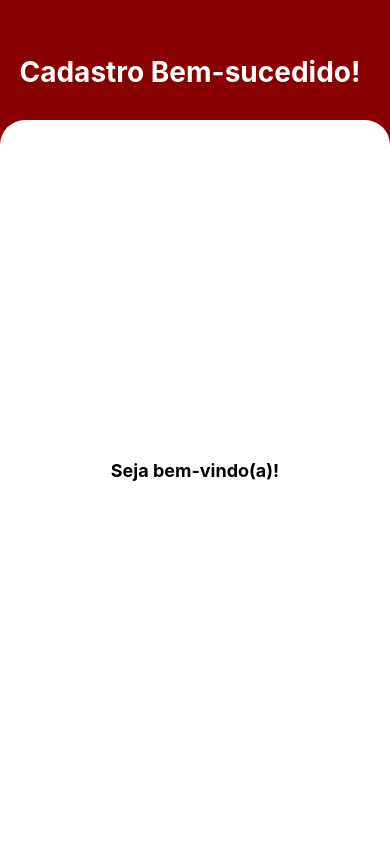
Repository: Matheus904-12/Login-React
Screen: /sucedido (app in SENAI/)
The author's editor kept a copy of each file at every save. The screen is drawn from the files as they stood at one save, then again after a run of saves.
The app was drawn by React Native's web renderer in a window 390 px wide. The project was rebuilt for these pictures with package versions that can differ from the ones it lists, and the page was loaded fresh each time. Some packages were replaced by stand-ins written for this rebuild. Also part of the build but not shown: SENAI/pages/entrada.js, SENAI/pages/cadastro.js.

Above is the screen before, as saved 2024-04-29 19:39:08.

After the next 4 saves:
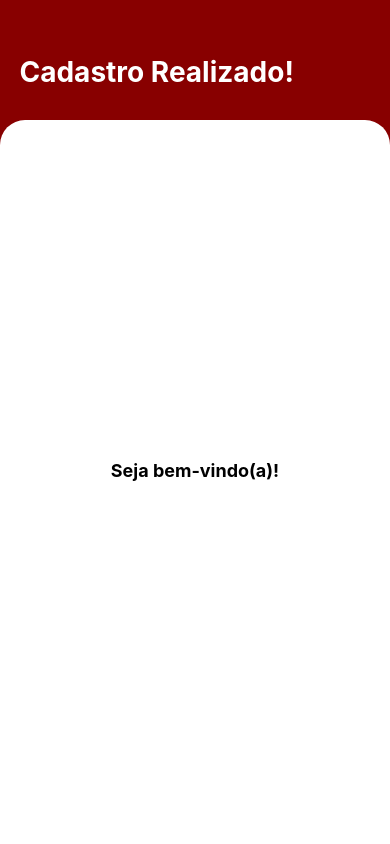
The 4 saves are shown as one change because they came seconds apart.
The last was saved 18 s later.
--- a/SENAI/pages/sucedido.js
+++ b/SENAI/pages/sucedido.js
@@ -8,7 +8,7 @@
         <View style={styles.container}>
 
             <Animatable.View animation="fadeInLeft" delay={500} style={styles.containerHeader}>
-                <Text style={styles.message}>Cadastro Bem-sucedido!</Text>
+                <Text style={styles.message}>Cadastro Realizado!</Text>
             </Animatable.View>
 
             <Animatable.View animation="fadeInUp" style={styles.containerForm}>
